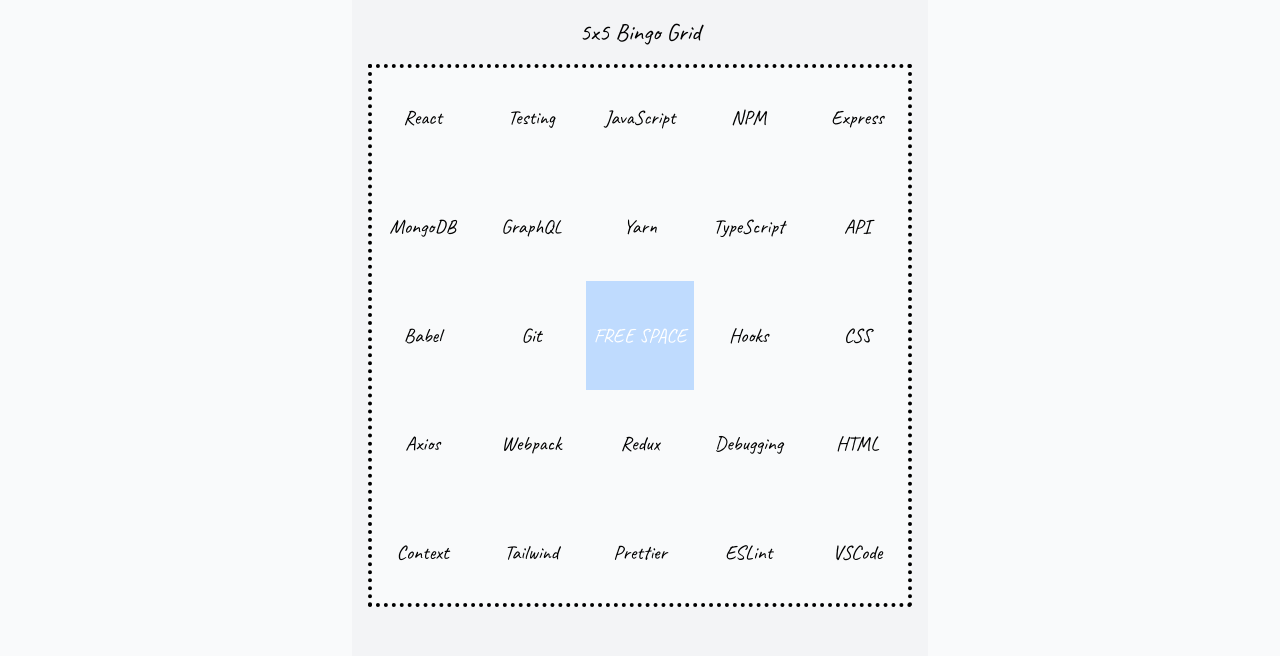
Repository: yassirbn/football-bingo
Page: /
The author's editor kept a copy of each file at every save. The page is drawn from the files as they stood at one save, then again after the next save.
The browser window is 1280 px wide. The pictures show the whole page.
The project was rebuilt for these pictures with package versions that can differ from the ones it lists, and the page was loaded fresh each time.

Above is the page before, as saved 2024-11-26 17:26:20.

After the next save:
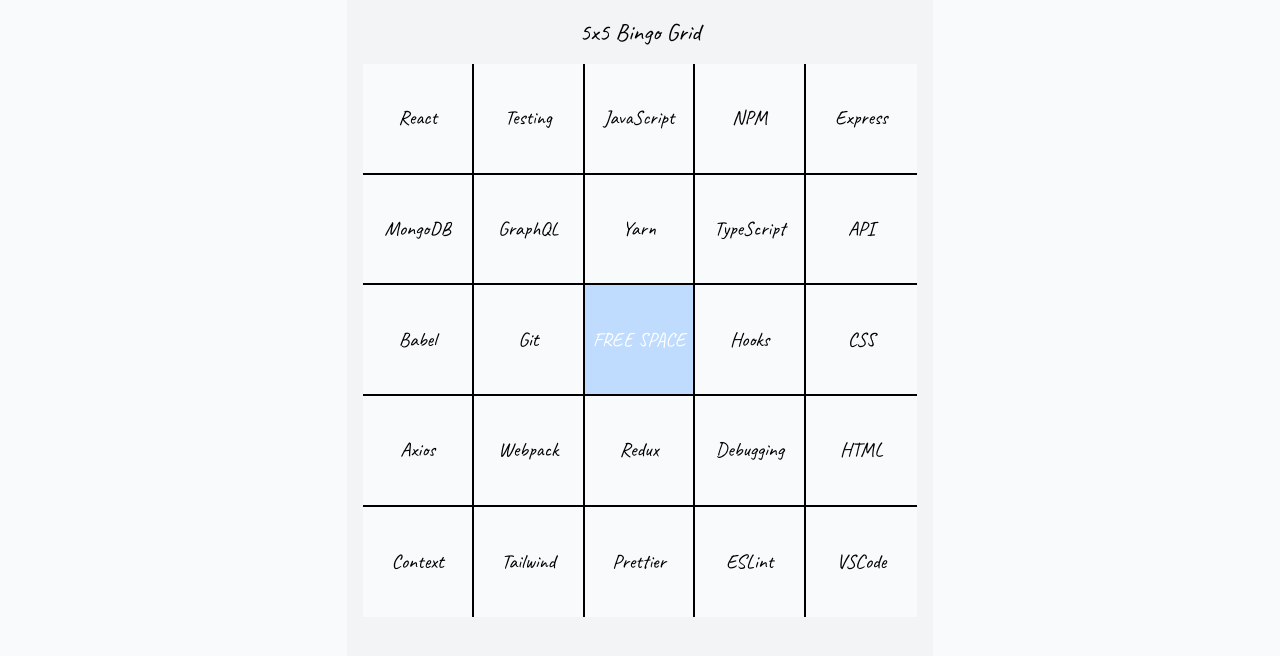
Saved 4 min 8 s later.
--- a/src/component/BingoGrid/BingoGrid.js
+++ b/src/component/BingoGrid/BingoGrid.js
@@ -45,26 +45,35 @@ const BingoGrid = ({ words }) => {
 
   return (
     <div className="p-4 relative h-screen bg-gray-100 flex flex-col items-center">
+      {/* Bingo Animation */}
       {bingo && (
         <div className="absolute inset-0 z-10 flex flex-col items-center justify-center">
           <h2 className="text-7xl sm:text-8xl md:text-9xl font-hand text-red-500 animate-pulse">
             BINGO!
           </h2>
+          <div className="absolute inset-0 z-20 pointer-events-none">
+            <div className="animate-fade-in">
+              {/* Firework animations will run here */}
+              <div className="absolute inset-0 bg-[url('/fireworks.png')] bg-cover"></div>
+            </div>
+          </div>
         </div>
       )}
+
+      {/* Title */}
       <h1 className="text-center text-2xl font-hand mb-4">5x5 Bingo Grid</h1>
-      <div className="relative">
-        {/* Grid Container */}
-        <div
-          className="grid grid-cols-5 grid-rows-5 relative w-full max-w-screen-sm"
-          style={{
-            gap: "0", // No gaps between cells
-          }}
-        >
-          {gridWords.map((word, index) => (
-            <div
-              key={index}
-              className={`flex items-center justify-center text-center font-medium font-hand aspect-square p-2
+
+      {/* Grid Container */}
+      <div
+        className="relative grid gap-0"
+        style={{
+          gridTemplateColumns: `repeat(${gridSize}, 1fr)`,
+        }}
+      >
+        {gridWords.map((word, index) => (
+          <div
+            key={index}
+            className={`flex items-center justify-center text-center font-medium font-hand aspect-square p-2
               ${
                 selectedCells[index]
                   ? "bg-blue-200 text-white"
@@ -76,20 +85,21 @@ const BingoGrid = ({ words }) => {
               relative transition-transform duration-200 ease-in-out ${
                 word !== "FREE SPACE" ? "hover:-rotate-[3deg] hover:scale-105" : ""
               }`}
-              onClick={() => handleCellClick(index)}
-            >
-              <span className="break-words text-sm sm:text-base md:text-lg lg:text-xl">
-                {word}
-              </span>
-            </div>
-          ))}
-        </div>
-
-        {/* Border for the grid */}
-        <div
-          className="absolute inset-0 border-black border-4 border-dotted"
-          aria-hidden="true"
-        ></div>
+            onClick={() => handleCellClick(index)}
+            style={{
+              borderRight:
+                index % gridSize === gridSize - 1 ? "none" : "2px solid black",
+              borderBottom:
+                Math.floor(index / gridSize) === gridSize - 1
+                  ? "none"
+                  : "2px solid black",
+            }}
+          >
+            <span className="break-words text-sm sm:text-base md:text-lg lg:text-xl">
+              {word}
+            </span>
+          </div>
+        ))}
       </div>
     </div>
   );
